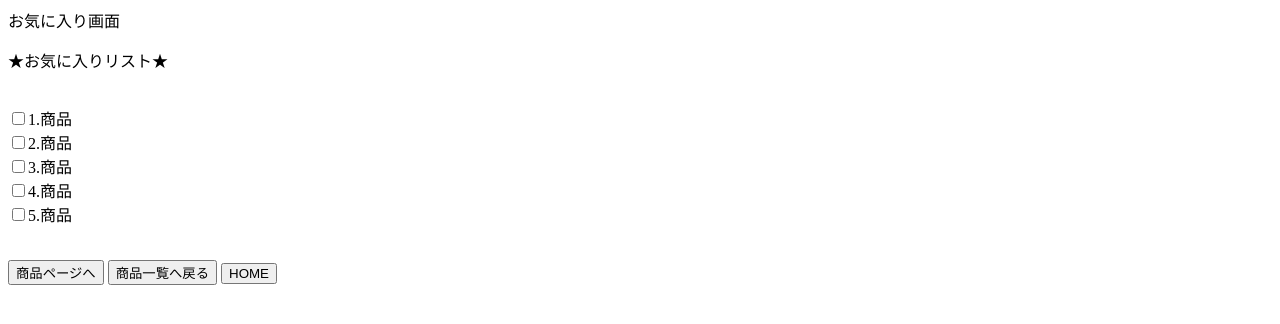
Repository: nathox/backup
Page: http://localhost/Favorite/a.jsp
An editor plug-in stored every save of this project. The page is shown before and after the next save, followed by the edit.
The browser window is 1280 px wide. The pictures show the whole page.
The page is served by Tomcat 9.

Above is the page before, as saved 2018-02-06 02:02:11.

After the next save:
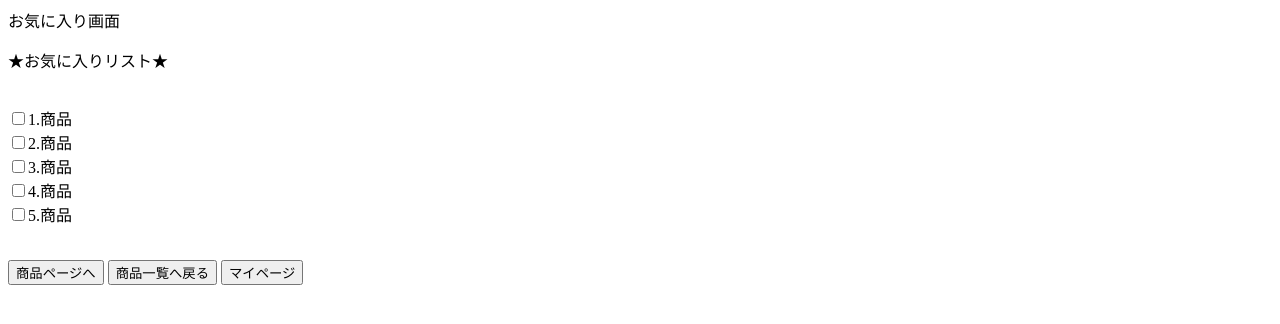
Saved 4 min 4 s later.
--- a/Favorite/WebContent/a.jsp
+++ b/Favorite/WebContent/a.jsp
@@ -63,7 +63,7 @@ break;
 
 <INPUT TYPE="button" VALUE="商品一覧へ戻る" onClick="location.href='https://www.yahoo.co.jp/'">
 
-<INPUT TYPE="button" VALUE="HOME" onClick="location.href='https://www.yahoo.co.jp/'">
+<INPUT TYPE="button" VALUE="マイページ" onClick="location.href='https://www.yahoo.co.jp/'">
 
 </p>
 </form>
